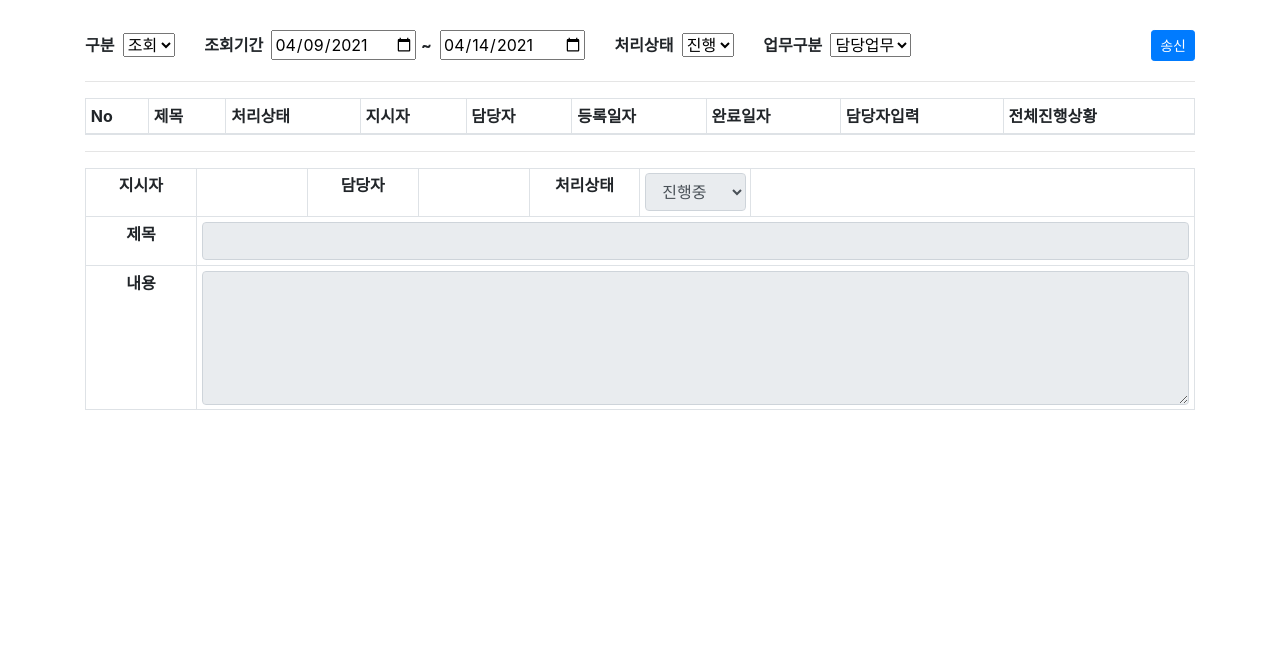
Repository: jungtaeyong/FSB_Project
Page: http://localhost/FsbJobMgt/main.jsp
These files come from the project's save history. The page is drawn as it stood at one moment and after the next save; the edit follows.
The browser window is 1280 px wide. The pictures show the whole page.
The page is served by Tomcat 9.

Above is the page before, as saved 2021-04-16 06:18:08.
Console error: ReferenceError: jobList is not defined

### FsbJobMgt/WebContent/main.jsp
<%@ page language="java" contentType="text/html; charset=EUC-KR" pageEncoding="EUC-KR"%>
<%@ include file="/modal1_Adding.jsp" %>

<!DOCTYPE html PUBLIC "-//W3C//DTD HTML 4.01 Transitional//EN" "http://www.w3.org/TR/html4/loose.dtd">
<html>
<head>
<meta http-equiv="Content-Type" content="text/html; charset=EUC-KR">
<title>업무 관리</title>
</head>
<body>
<!-- jquery  -->
<script type="text/javascript" src="js/jquery-3.6.0.min.js"></script>

<!-- bootstrap -->
<link rel="stylesheet" type="text/css" href="lib/Bootstrap-4-4.1.1/css/bootstrap.min.css"/>
<script type="text/javascript" src="lib/Bootstrap-4-4.1.1/js/bootstrap.min.js"></script>

<!-- datatables -->
<link rel="stylesheet" type="text/css" href="lib/DataTables-1.10.24/css/dataTables.bootstrap4.min.css"/>
<script type="text/javascript" src="lib/DataTables-1.10.24/js/jquery.dataTables.min.js"></script>
<script type="text/javascript" src="lib/DataTables-1.10.24/js/dataTables.bootstrap4.min.js"></script>
<script>
$(document).ready(function() {
	let jobList;
	/* 초기 조회 조건 세팅 */
	$('#REQUEST_TYPE').val('1'); //구분
	$('#BZWR_STS').val('01'); //처리상태
	$('#BZWR_DSTC').val('2'); //업무구분

	let befor7days= new Date();
	befor7days.setDate(befor7days.getDate()-5);
	document.getElementById('FROM_DATE').valueAsDate = befor7days; //FROM_DATE
	document.getElementById('TO_DATE').valueAsDate = new Date(); //TO_DATE


	/* 송신버튼 */
	$('#action_submit').click(function(){
		let dvcd = $('#REQUEST_TYPE').val();
		if(dvcd=='1'){
			console.log('조회');
			setTable();
		}else if(dvcd=='2'){
			console.log('등록');
			createNewJob();
		}else if(dvcd=='3'){
			console.log('변경');
			updateJob();
		}
	});

	/* 구분 변경 이벤트 처리 */
	$('#REQUEST_TYPE').change(function() {
		let dvcd = $('#REQUEST_TYPE').val();
		if(dvcd=='1'){
			$('#BZWR_EXC_CHGR_BTN').hide();
			$('#BZWR_STS_2').attr("disabled",true);
			$('#BZWR_TTL').attr("disabled",true);
			$('#BZWR_CNTN').attr("disabled",true);
		}else if(dvcd=='2'){
			$('#BZWR_INDC_CHGR').text('로그인 유저');
			$('#BZWR_EXC_CHGR').text('');
			$('#BZWR_EXC_CHGR_BTN').show();
			$('#BZWR_STS_2').attr("disabled",true);
			$('#BZWR_TTL').val("");
			$('#BZWR_CNTN').val("");
			$('#BZWR_TTL').removeAttr("disabled");
			$('#BZWR_CNTN').removeAttr("disabled");
		}else if(dvcd=='3'){
			$('#BZWR_EXC_CHGR_BTN').show();
			$('#BZWR_STS_2').removeAttr("disabled");
			$('#BZWR_TTL').removeAttr("disabled");
			$('#BZWR_CNTN').removeAttr("disabled");
			alert('변경할 데이터를 선택해주세요.');
		}
	});

} );


function setTable(){
	/* 테이블 데이터 로딩 */
	let sendData = {
    		REQUEST_TYPE:$('#REQUEST_TYPE').val(),
    		FROM_DATE:$('#FROM_DATE').val(),
    		TO_DATE:$('#TO_DATE').val(),
    		BZWR_STS:$('#BZWR_STS').val(),
    		BZWR_DSTC:$('#BZWR_DSTC').val()
    };
	console.log('sendData',sendData);
	jobList = $('#job_list').DataTable( {
        ajax : {
        	url : 'lib/testJson2.json',
        	type : 'POST',
        	data : sendData
        },
        columns : [
			{data: null },
			{data: "BZWR_TTL" },
            {data: "BZWR_STS", render : function ( data, type, row, meta ) {
            	if(data=="01"){
            		return '진행중';
            	}else if(data=="02"){
            		return '완료';
            	}
            }},
            {data: "BZWR_INDC_CHGR_TXT" },
            {data: "BZWR_EXC_CHGR_TXT" },
            {data: "BZWR_REG_DT" },
            {data: "BZWR_CMPL_DT" },
            {data: null , render : function ( data, type, row, meta ) {
                return '<button name="first_btn" class="btn btn-sm btn-default">입력</button>'
            }},
            {data: null , render : function ( data, type, row, meta ) {
                return '<button name="second_btn" class="btn btn-sm btn-default">확인</button>'
            }}
        ],
        columnDefs: [{ className: 'text-center', targets: [0,2,3,4,5,6,7,8] }],
        order: [[ 1, 'asc' ]]
    });
}

/* 테이블 Index 생성을 위한 함수 */
jobList.on( 'order.dt search.dt', function () {
	jobList.column(0, {search:'applied', order:'applied'}).nodes().each( function (cell, i) {
        cell.innerHTML = i+1;
    } );
} ).draw();

/* 테이블 클릭 이벤트  -> 클릭한 row에 해당하는 데이터를 상세 정보에 보여줌*/
$('#job_list tbody').on('click', 'td:nth-child(-n+7)', function () {
	let data = jobList.row( this ).data();
    console.log('Table Click Event',data);

	if($('#REQUEST_TYPE').val()!='2'){ //"구분-등록" 상태면 반응 없음.
        $('#BZWR_INDC_CHGR').text(data.BZWR_INDC_CHGR_TXT); //지시자
        $('#BZWR_EXC_CHGR').text(data.BZWR_EXC_CHGR_TXT); //담당자
        $('#BZWR_STS_2').val(data.BZWR_STS); //처리상태(업무상태)
        $('#BZWR_TTL').val(data.BZWR_TTL); //제목
        $('#BZWR_CNTN').val(data.BZWR_CNTN); //내용
        if($('#REQUEST_TYPE').val()=='1' || data.BZWR_STS=='02'){
        	$('#BZWR_EXC_CHGR_BTN').hide();
			$('#BZWR_STS_2').attr("disabled",true);
			$('#BZWR_TTL').attr("disabled",true);
			$('#BZWR_CNTN').attr("disabled",true);
        }else{
        	$('#BZWR_EXC_CHGR_BTN').show();
			$('#BZWR_STS_2').removeAttr("disabled");
			$('#BZWR_TTL').removeAttr("disabled");
			$('#BZWR_CNTN').removeAttr("disabled");
        }
	}
} );

/* 선택된  row 하이라이트 */
$('#job_list tbody').on('click', 'tr', function() {
	$('#job_list tbody > tr').css('background-color','#ffffff');
	$(this).css('background-color','#f0f5f5');
});

/* 테이블 버튼 이벤트(담당자입력) */
$('#job_list tbody').on( 'click', 'button[name="first_btn"]', function () {
    let data = jobList.row( $(this).parents('tr') ).data();
	//console.log("First Button",data);
	setData(data); //모달 페이지로 데이터를 전달하기 위한 함수
	$('#exampleModal').modal();
} );

/* 테이블 버튼 이벤트(전체진행상황) */
$('#job_list tbody').on( 'click', 'button[name="second_btn"]', function () {
    let data = jobList.row( $(this).parents('tr') ).data();
	//console.log("Second Button",data);
    setData(data); //모달 페이지로 데이터를 전달하기 위한 함수
	$('#exampleModalCenter').modal();
} );

/* 등록 */
function createNewJob(){
	$.ajax({
		url:'',
		dataType:'application/json',
		data : {
			REQUEST_TYPE:$('#REQUEST_TYPE').val(), //구분(조회,등록,변경)
			BZWR_DSTC:$('#BZWR_DSTC').val(), //업무구분
			BZWR_INDC_CHGR:'로그인 유저', //업무지시담당자
			BZWR_EXC_CHGR:'담당자', //업무수행담당자
			BZWR_STS:'1', //업무상태 (등록 시 진행으로 세팅)
			BZWR_TTL:$('#BZWR_TTL').val(), //업무제목
			BZWR_CNTN:$('#BZWR_CNTN').val() //업무내용
		},
		success:function(data){
			alert('등록 되었습니다.');
	   }
	})
}

/* 변경 */
function updateJob(){
	$.ajax({
		url:'',
		dataType:'application/json',
		data : {
			REQUEST_TYPE:$('#REQUEST_TYPE').val(), //구분(조회,등록,변경)
			BZWR_DSTC:$('#BZWR_DSTC').val(), //업무구분
			BZWR_EXC_CHGR:'담당자', //업무수행담당자
			BZWR_STS:$('#BZWR_STS_2').val(), //업무상태
			BZWR_TTL:$('#BZWR_TTL').val(), //업무제목
			BZWR_CNTN:$('#BZWR_CNTN').val() //업무내용
		},
		success:function(data){
			alert('변경 되었습니다.');
	   }
	})
}


</script>
<div class="container" style="margin-top:30px">
	<!-- 조회 조건 -->
	<div>
		<div>
			<label style="font-weight:bold;">구분&nbsp;</label>
			<select id="REQUEST_TYPE" style="margin-right:25px">
			    <option value="1">조회</option>
			    <option value="2">등록</option>
			    <option value="3">변경</option>
			</select>
			<label style="font-weight:bold">조회기간&nbsp;</label>
			<input type="date" id="FROM_DATE" style="width:145px" value=""/>
			<label style="font-weight:bold">~&nbsp;</label>
			<input type="date" id="TO_DATE" value=""  style="margin-right:25px;width:145px"/>
			<label style="font-weight:bold;">처리상태&nbsp;</label>
			<select id="BZWR_STS" style="margin-right:25px">
			    <option value="01">진행</option>
			    <option value="02">완료</option>
			    <option value="03">전체</option>
			</select>
			<label style="font-weight:bold;">업무구분&nbsp;</label>
			<select id="BZWR_DSTC">
			    <option value="1">지시업무</option>
			    <option value="2">담당업무</option>
			</select>
			<input type='button' id="action_submit" class="btn btn-sm btn-primary" style="float:right" value='송신'/>
		</div>
	</div>
	<hr/>
	<!-- 목록 -->
	<div>
		<table id="job_list" class="table table-sm table-bordered">
	        <thead>
	            <tr>
	            	<th>No</th>
	                <th>제목</th>
	                <th>처리상태</th>
	                <th>지시자</th>
	                <th>담당자</th>
	                <th>등록일자</th>
	                <th>완료일자</th>
	                <th>담당자입력</th>
	                <th>전체진행상황</th>
	            </tr>
	        </thead>
	    </table>
	</div>
	<hr/>
	<!-- 상세 -->
	<div>
		<table class="table table-bordered table-sm display" style="text-align:center;">
			<tr>
				<th scope="col" width="10%">지시자</th>
				<td scope="col" id="BZWR_INDC_CHGR" width="10%"></td>
				<th scope="col" width="10%">담당자</th>
				<td scope="col" width="10%">
					<span id="BZWR_EXC_CHGR"></span>
					<button id="BZWR_EXC_CHGR_BTN" class="btn btn-sm btn-info" style="display:none">선택</button>
				</td>
				<th scope="col" width="10%">처리상태</th>
				<td scope="col" width="10%">
					<select id="BZWR_STS_2" class="form-control" disabled>
					    <option value="01">진행중</option>
					    <option value="02">완료</option>
					</select>
				</td>
				<td scope="col"></td>
			</tr>
			<tr>
				<th scope="row">제목</th><td colspan="6"><input type="text" id="BZWR_TTL" class="form-control input-sm" disabled/></td>
			</tr>
			<tr>
				<th scope="row">내용</th><td colspan="6"><textarea ID="BZWR_CNTN" class="form-control input-sm" rows="5" disabled></textarea></td>
			</tr>
		</table>
	</div>
</div>
</body>
</html>

### FsbJobMgt/WebContent/modal1_Adding.jsp
<%@ page language="java" contentType="text/html; charset=EUC-KR"
    pageEncoding="EUC-KR"%>
<!DOCTYPE html>

<html lang="en">
  <head>
    <!-- Required meta tags -->
    <meta charset="utf-8">
    <meta name="viewport" content="width=device-width, initial-scale=1, shrink-to-fit=no">

	<!-- jquery  -->
	<script type="text/javascript" src="js/jquery-3.6.0.min.js"></script>

	<!-- bootstrap -->
	<link rel="stylesheet" type="text/css" href="lib/Bootstrap-4-4.1.1/css/bootstrap.min.css"/>
	<script type="text/javascript" src="lib/Bootstrap-4-4.1.1/js/bootstrap.min.js"></script>




<!--     드롭다운 style -->
    <style>
	.dropbtn {
	  background-color: #4CAF50;
	  color: white;
	  padding: 16px;
	  font-size: 16px;
	  border: none;
	}

	.dropdown {
	  position: relative;
	  display: inline-block;
	}

	.dropdown-content {
	  display: none;
	  position: absolute;
	  background-color: #f1f1f1;
	  min-width: 160px;
	  box-shadow: 0px 8px 16px 0px rgba(0,0,0,0.2);
	  z-index: 1;
	}

	.dropdown-content a {
	  color: black;
	  padding: 12px 16px;
	  text-decoration: none;
	  display: block;
	}

	.dropdown-content a:hover {background-color: #ddd;}

	.dropdown:hover .dropdown-content {display: block;}

	.dropdown:hover .dropbtn {background-color: #3e8e41;}
	</style>

  </head>
  <script>
	function setData(data){
		let dataObjFromMain; //dataObjFromMain.JOB_CD 처럼 접근해서 사용.
		dataObjFromMain=data;
		console.log('dataObjFromMain',dataObjFromMain); //확인용

		/* 여기에 DB에 데이터 요청하고 받아오고 view에 적용하는 로직 작성 */
	}
  </script>
  <body>
    <!--
    <h1>In Page</h1>
	<button type="button" class="btn btn-primary" data-toggle="modal" data-target="#exampleModal" data-whatever="@mdo">담당자 추가</button>
	-->


	<!-- 	### 담당자 추가 -->
	<div class="modal fade" id="exampleModal" tabindex="-1" role="dialog" aria-labelledby="exampleModalLabel" aria-hidden="true">
	  <div class="modal-dialog" role="document">
	    <div class="modal-content">
	      <div class="modal-header">
	        <h5 class="modal-title" id="exampleModalLabel">담당자 추가</h5>
	        <button type="button" class="close" data-dismiss="modal" aria-label="Close">
	          <span aria-hidden="true">&times;</span>
	        </button>
	      </div>

	      <div class="modal-body">
		    <b>최초 지시자&emsp;</b> <em>OOO</em>
		    &emsp;&emsp;&emsp;&emsp;&emsp;
		    <b>현재 담당자&emsp;</b> <em>OOO</em>

	     	<br/><br/>

			<table>
				<tr><!--행(row)선언-->
	                <th><b>추가 담당자</b></th>


	                	<!-- <input type="text" name = "UserID" value="" placeholder = "담당자 입력" style="width:100px; right:30%;"/> -->
	                	<!-- <input type="text" class="form-control" id="recipient-name" style="width:100px; padding-left:10px"> -->
	                	<td>
	                	&emsp;
	                		<select name="solar_birth_yn" id="solar_birth_yn">
		                		<option value="none">부 서</option>
		 				       	<option value="1">IT</option>
					       	 	<option value="2">일반본부</option>
					   		</select>
					   	&emsp;
					   		<select name="solar_birth_yn" id="solar_birth_yn">
		                		<option value="none">팀</option>
		 				       	<option value="1">계정운영팀</option>
					       	 	<option value="2">계정개발팀</option>
					   		</select>
					   	&emsp;
					   		<select name="solar_birth_yn" id="solar_birth_yn">
		                		<option value="none">사원</option>
		 				       	<option value="1">홍길동</option>
					       	 	<option value="2">김동율</option>
					   		</select>
					    </td>

	                <!-- <th rowspan="2"><input type="submit" value="로그인"/></th> -->
        	    </tr>
			</table>


			<hr>

	        <form>
	          <div class="form-group">
	            <label for="recipient-name" class="col-form-label">제 목</label>
	            <input type="text" class="form-control" id="recipient-name">
	          </div>
	          <div class="form-group">
	            <label for="message-text" class="col-form-label">내 용</label>
	            <textarea class="form-control" id="message-text" style="height:100px"></textarea>
	          </div>
	        </form>
	      </div>

	      <div class="modal-footer">
	        <button type="button" class="btn btn-secondary" data-dismiss="modal">닫기</button>
	        <button type="button" class="btn btn-primary">등록</button>
	      </div>
	    </div>
	  </div>
	</div>

	<!-- 	### 지시현황 체크 -->
		<!-- Button trigger modal -->
	<!--
	<button type="button" class="btn btn-primary" data-toggle="modal" data-target="#exampleModalCenter">
	  지시현황
	</button>
	-->

	<!-- Modal -->
	<div class="modal fade" id="exampleModalCenter" tabindex="-1" role="dialog" aria-labelledby="exampleModalCenterTitle" aria-hidden="true">
	  <div class="modal-dialog modal-dialog-centered" role="document">
	    <div class="modal-content">
	      <div class="modal-header">
	        <h5 class="modal-title" id="exampleModalCenterTitle">지시현황</h5>
	        <button type="button" class="close" data-dismiss="modal" aria-label="Close">
	          <span aria-hidden="true">&times;</span>
	        </button>
	      </div>

	      <div class="modal-body">
		     <table class="table">
				 <thead>
				   <tr>
				      <th>지시자</th>
				      <th>담당자</th>
				      <th>처리 상태</th>
   				      <th>지시 일자</th>
				   </tr>
				 </thead>
				 <tbody>
				   <tr>
				      <td>John</td>
				      <td>Doe</td>
				      <td>진행중</td>
				      <td>2021.03.01</td>
				   </tr>
				   <tr>
				      <td>Doe</td>
				      <td>Moe</td>
				      <td>진행중</td>
   				      <td>2021.04.02</td>
				   </tr>
				   <tr>
				      <td>Moe</td>
				      <td>Ryul</td>
				      <td>완료</td>
				      <td>2021.04.10</td>
				   </tr>
				 </tbody>
			</table>
	      </div>

	      <div class="modal-footer">
	        <button type="button" class="btn btn-secondary" data-dismiss="modal">닫기</button>
	      </div>
	    </div>
	  </div>
</div>




 </body>
</html>

### FsbJobMgt/WebContent/lib/testJson2.json
{
  "data": [
    {
      "BZWR_DSTC": "1",
      "JOB_CD": "20210410123456",
      "SQNO": "1",
      "BZWR_STS": "01",
      "BZWR_REG_DT": "2021-04-10",
      "BZWR_CMPL_DT": "",
      "BZWR_INDC_CHGR": "221001",
      "BZWR_INDC_CHGR_TXT": "김동률",
      "BZWR_EXC_CHGR":"221002",
      "BZWR_EXC_CHGR_TXT":"전명환",
      "BZWR_TTL":"업무제목랄랄랄",
      "BZWR_CNTN":"업무내용호롤롤롤"
    },
    {
      "BZWR_DSTC": "1",
      "JOB_CD": "20210410153215",
      "SQNO": "2",
      "BZWR_STS": "01",
      "BZWR_REG_DT": "2021-04-10",
      "BZWR_CMPL_DT": "",
      "BZWR_INDC_CHGR": "221001",
      "BZWR_INDC_CHGR_TXT": "김동산",
      "BZWR_EXC_CHGR":"221002",
      "BZWR_EXC_CHGR_TXT":"나승훈",
      "BZWR_TTL":"한국신용정보원",
      "BZWR_CNTN":"일반신용정보관리규약 실무 해설"
    },
    {
      "BZWR_DSTC": "1",
      "JOB_CD": "20210410095031",
      "SQNO": "3",
      "BZWR_STS": "02",
      "BZWR_REG_DT": "2021-04-10",
      "BZWR_CMPL_DT": "2021-04-20",
      "BZWR_INDC_CHGR": "221001",
      "BZWR_INDC_CHGR_TXT": "배문국",
      "BZWR_EXC_CHGR":"221002",
      "BZWR_EXC_CHGR_TXT":"엄상식",
      "BZWR_TTL":"Unit Method 명명규칙",
      "BZWR_CNTN":"피대문자 어플리케이션코드 세자리 대문자 업무구분코드"
    }
 ]
}

Loaded but not shown: FsbJobMgt/WebContent/js/jquery-3.6.0.min.js (library); FsbJobMgt/WebContent/lib/Bootstrap-4-4.1.1/css/bootstrap.min.css (library); FsbJobMgt/WebContent/lib/Bootstrap-4-4.1.1/js/bootstrap.min.js (library); FsbJobMgt/WebContent/lib/DataTables-1.10.24/css/dataTables.bootstrap4.min.css (library); FsbJobMgt/WebContent/lib/DataTables-1.10.24/js/jquery.dataTables.min.js (library); FsbJobMgt/WebContent/lib/DataTables-1.10.24/js/dataTables.bootstrap4.min.js (library)

After the next save:
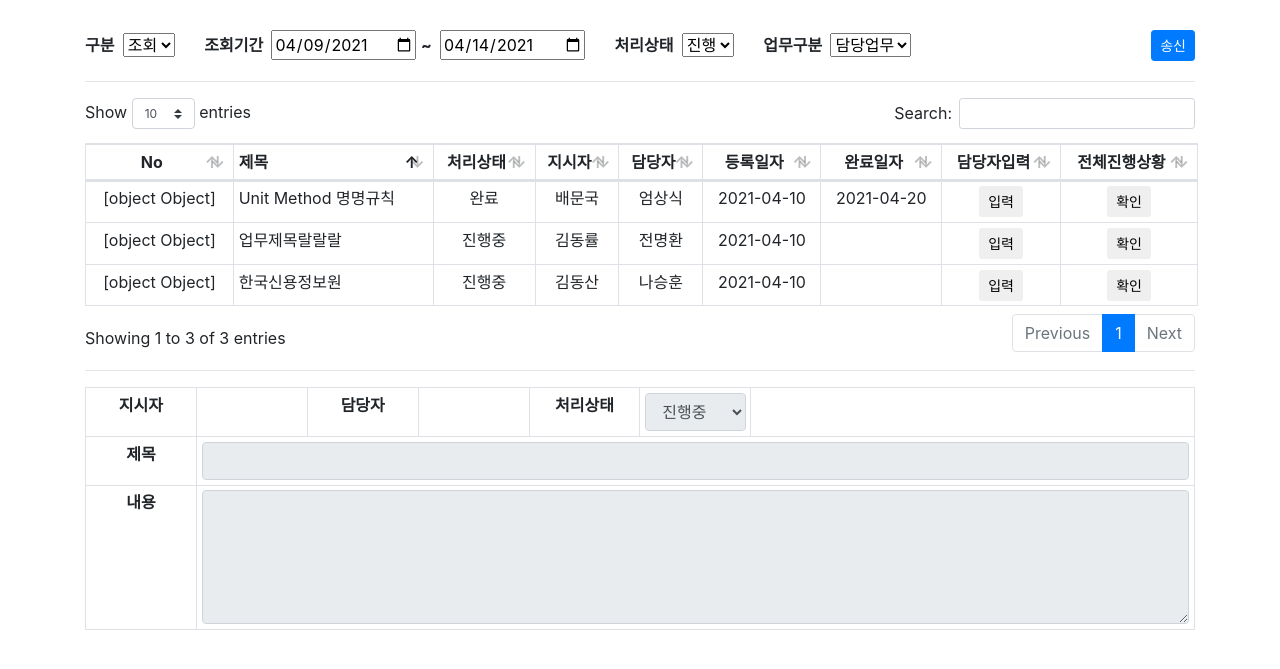
Saved 61 s later.
--- a/FsbJobMgt/WebContent/main.jsp
+++ b/FsbJobMgt/WebContent/main.jsp
@@ -21,7 +21,6 @@
 <script type="text/javascript" src="lib/DataTables-1.10.24/js/dataTables.bootstrap4.min.js"></script>
 <script>
 $(document).ready(function() {
-	let jobList;
 	/* 초기 조회 조건 세팅 */
 	$('#REQUEST_TYPE').val('1'); //구분
 	$('#BZWR_STS').val('01'); //처리상태
@@ -32,6 +31,7 @@ $(document).ready(function() {
 	document.getElementById('FROM_DATE').valueAsDate = befor7days; //FROM_DATE
 	document.getElementById('TO_DATE').valueAsDate = new Date(); //TO_DATE
 
+	let jobList=setTable();
 
 	/* 송신버튼 */
 	$('#action_submit').click(function(){
@@ -87,7 +87,7 @@ function setTable(){
     		BZWR_DSTC:$('#BZWR_DSTC').val()
     };
 	console.log('sendData',sendData);
-	jobList = $('#job_list').DataTable( {
+	return jobList = $('#job_list').DataTable( {
         ajax : {
         	url : 'lib/testJson2.json',
         	type : 'POST',
